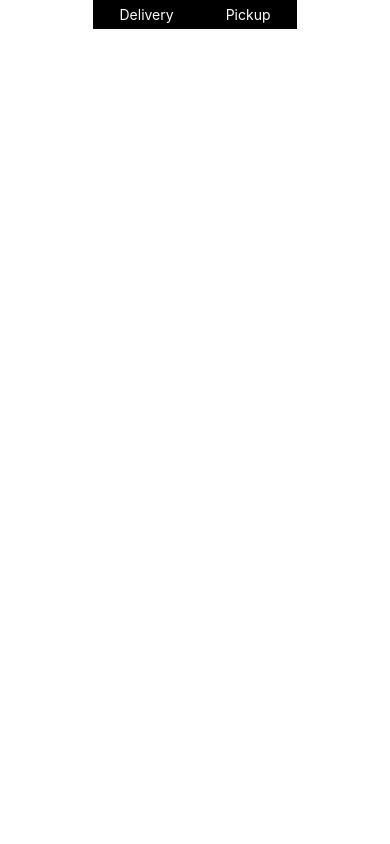
Repository: MoussaAKHYAR/uber-eats-app-react-native
Screen: /
An editor plug-in stored every save of this project. The screen is shown before and after the next save, followed by the edit.
The app was drawn by React Native's web renderer in a window 390 px wide. The project was rebuilt for these pictures with package versions that can differ from the ones it lists, and the page was loaded fresh each time.

Above is the screen before, as saved 2022-06-29 15:36:05.

### App.js
import { StatusBar } from 'expo-status-bar';
import { StyleSheet, Text, View } from 'react-native';
import Home from './screens/Home';

export default function App() {
  return (
    <Home/>
  );
}

const styles = StyleSheet.create({
  container: {
    flex: 1,
    backgroundColor: '#fff',
    alignItems: 'center',
    justifyContent: 'center',
  },
});

### screens/Home.js
import { View, Text, SafeAreaView } from 'react-native'
import React from 'react'
import HeaderTabs from '../components/HeaderTabs'

export default function Home() {
  return (
    <SafeAreaView>
      <HeaderTabs/>
    </SafeAreaView>
  )
}

### components/HeaderTabs.js
import { View, Text, TouchableOpacity } from 'react-native'
import React from 'react'

export default function HeaderTabs() {
    return (
        <View style={{flexDirection:"row", alignSelf:"center"}}>
            <HeaderButton text="Delivery"/>
            <HeaderButton text="Pickup" />
        </View>
    )
}

const HeaderButton = (props) => (
    <TouchableOpacity style={{
        backgroundColor:"black",
        paddingVertical:6,
        paddingHorizontal:26,

    }}>
        <Text style={{color:"white"}}>{props.text}</Text>
    </TouchableOpacity>
);

After the next save:
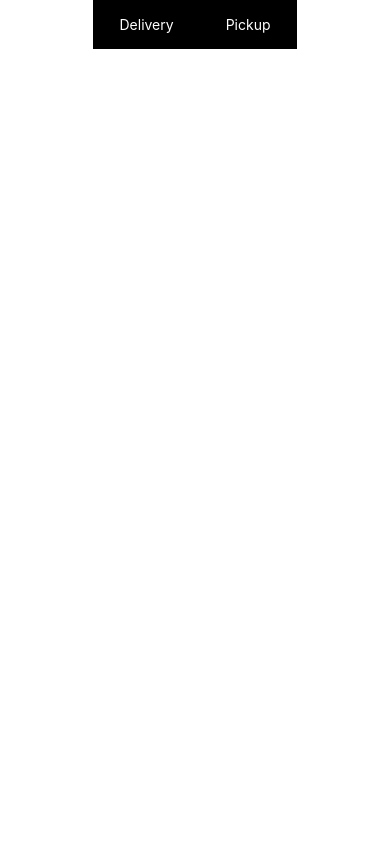
Saved 10 s later.
--- a/components/HeaderTabs.js
+++ b/components/HeaderTabs.js
@@ -13,7 +13,7 @@ export default function HeaderTabs() {
 const HeaderButton = (props) => (
     <TouchableOpacity style={{
         backgroundColor:"black",
-        paddingVertical:6,
+        paddingVertical:16,
         paddingHorizontal:26,
 
     }}>
